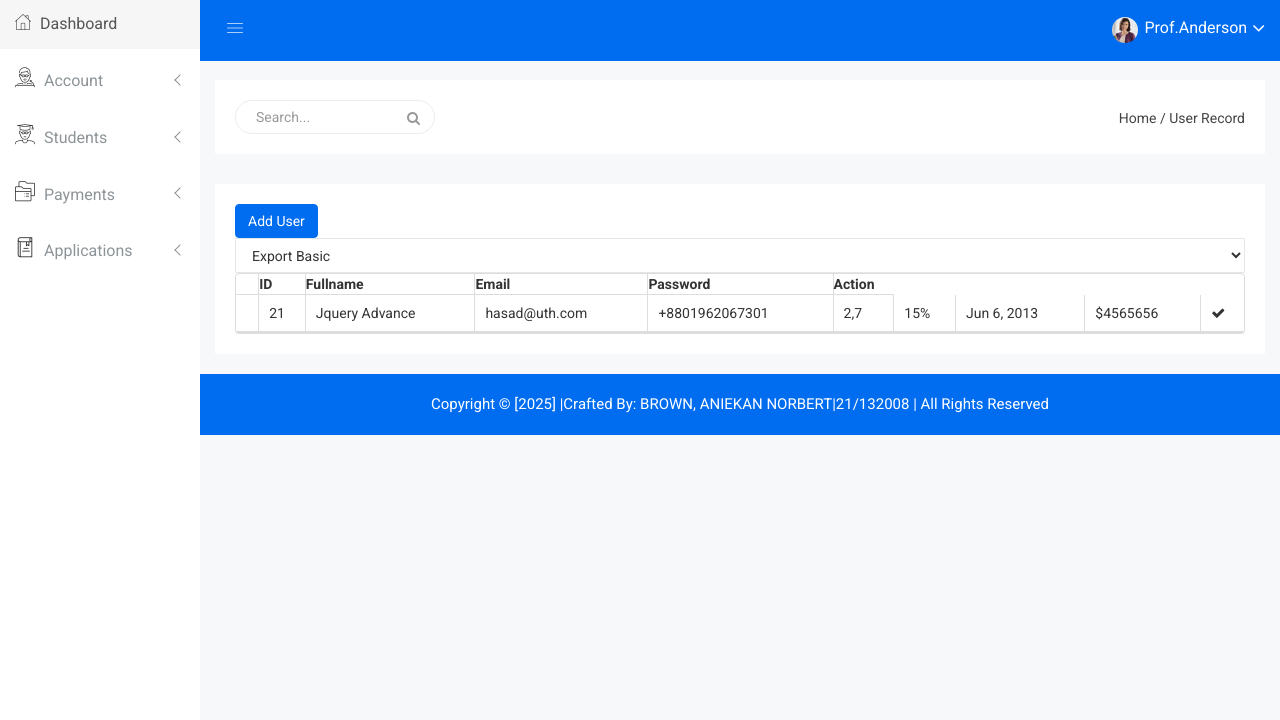
Repository: walterjnr1/crowdfunding-system
Page: http://localhost/Admin/user_record.php
The author's editor kept a copy of each file at every save. The page is drawn from the files as they stood at one save, then again after the next save.
The browser window is 1280 px wide. The pictures show the whole page.
The page is run by PHP 8.4 with error messages shown; the project is at /var/www/html/.

Above is the page before, as saved 2025-02-20 11:18:34.
Console error (its wording comes from the project's code and is left out).

After the next save:
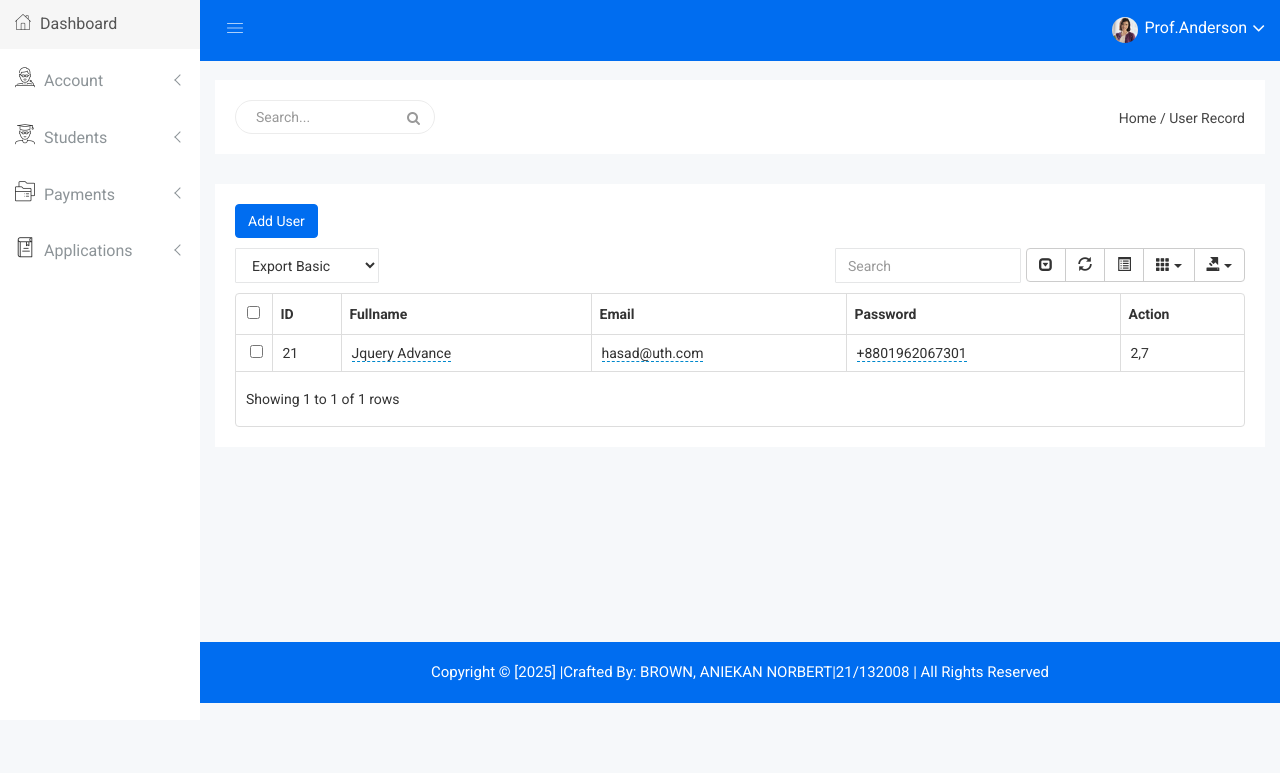
Saved 104 s later.
--- a/Admin/user_record.php
+++ b/Admin/user_record.php
@@ -25,7 +25,7 @@
     </div>
     <!-- End Left menu area -->
     <!-- Start Welcome area -->
-    <div class="all-content-wrapper">
+<div class="all-content-wrapper">
         <div class="container-fluid">
             <div class="row">
                 <div class="col-lg-12 col-md-12 col-sm-12 col-xs-12">
@@ -46,7 +46,7 @@
                         </div>
                     </div>
                 </div>
-            </div>
+          </div>
             <!-- Mobile Menu start -->
             <div class="mobile-menu-area">
                 <div class="container">
@@ -97,7 +97,7 @@
                         <div class="sparkline13-list">
                             <div class="sparkline13-hd">
                                 <div class="main-sparkline13-hd">
-                                <button onclick="window.location.href='add_user.php';" class="btn btn-primary waves-effect waves-light">Add User</button>
+                                <button onClick="window.location.href='add_user.php';" class="btn btn-primary waves-effect waves-light">Add User</button>
 
 </div>
                             </div>
@@ -131,12 +131,7 @@
                                                 <td>hasad@uth.com</td>
                                                 <td>+8801962067301</td>
                                                 <td class="datatable-ct"><span class="pie">2,7</span>
-                                                </td>
-                                                <td>15%</td>
-                                                <td>Jun 6, 2013</td>
-                                                <td>$4565656</td>
-                                                <td class="datatable-ct"><i class="fa fa-check"></i>
-                                                </td>
+
                                             </tr>
                                         </tbody>
                                     </table>
@@ -148,8 +143,17 @@
             </div>
         </div>
 
-        <?php include('../inc/footer_admin.php'); ?>
-
+  <p>&nbsp;  </p>
+        <p>&nbsp;</p>
+        <p>&nbsp;</p>
+        <p>&nbsp;</p>
+        <p>&nbsp;</p>
+        <p>
+          <?php include('../inc/footer_admin.php'); ?>
+              </p>
+  <p>&nbsp;</p>
+        <p>&nbsp;
+                        </p>
 </div>
 
 <?php include('bottom_script.php'); ?>
